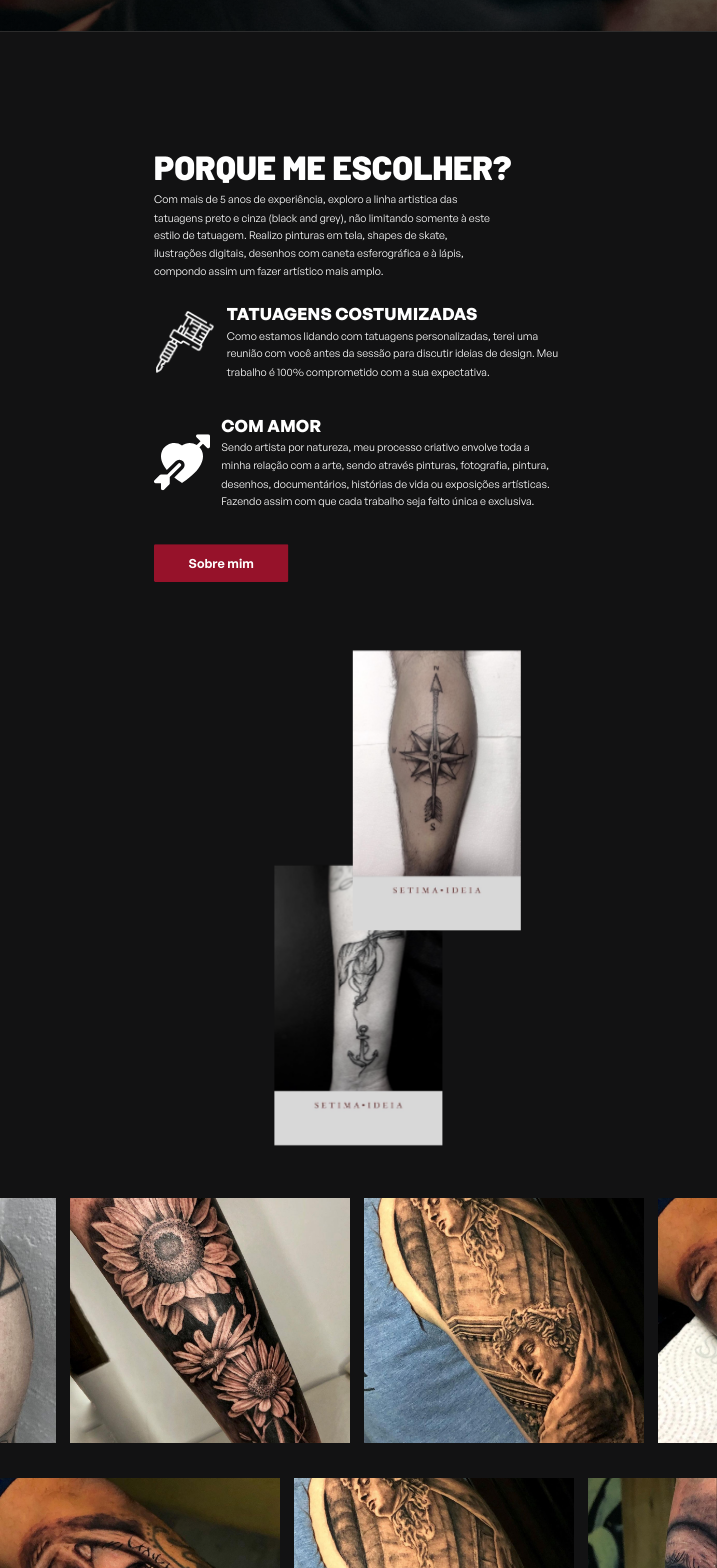
Repository: Leoka2000/S-tima-Ideia
Page: /
The author's editor kept a copy of each file at every save. The page is drawn from the files as they stood at one save, then again after the next save.
The browser window is 1024 px wide. The pictures show the part of the page from y = 809 to 3049 px (the page is 8930 px tall), at 70% of full size.
Backgrounds fixed to the window are drawn as part of the page. The project was rebuilt for these pictures with package versions that can differ from the ones it lists, and the page was loaded fresh each time. Some packages were replaced by stand-ins written for this rebuild. Also part of the build but not shown: src/pages/main/instagram/instagram.css, src/pages/main/instagram/instagram.jsx, src/App.css, src/pages/portfolio/portfolio.css, src/data/database-common.js, src/pages/portfolio/loop-content.jsx, src/pages/portfolio/portfolio.jsx, src/pages/portfolio/index.jsx and 2 more. Imported but missing from the stored project, and not drawn on this page: src/assets/videos/cauan-video.mp4.

Above is the page before, as saved 2023-05-22 21:10:21.

### public/index.html
<!DOCTYPE html>
<html lang="en">
  <head>
    <meta charset="utf-8" />
    <link rel="icon" href="%PUBLIC_URL%/logo.png" />
    <meta name="viewport" content="width=device-width, initial-scale=1" />
    <meta name="theme-color" content="#000000" />
    <meta
      name="description"
      content="Web site created using create-react-app"
    />
    <link rel="apple-touch-icon" href="%PUBLIC_URL%/logo192.png" />
    <!--
      manifest.json provides metadata used when your web app is installed on a
      user's mobile device or desktop. See https://developers.google.com/web/fundamentals/web-app-manifest/
    -->
    <link rel="manifest" href="%PUBLIC_URL%/manifest.json" />
    <!--
      Notice the use of %PUBLIC_URL% in the tags above.
      It will be replaced with the URL of the `public` folder during the build.
      Only files inside the `public` folder can be referenced from the HTML.

      Unlike "/favicon.ico" or "favicon.ico", "%PUBLIC_URL%/favicon.ico" will
      work correctly both with client-side routing and a non-root public URL.
      Learn how to configure a non-root public URL by running `npm run build`.
    -->
    <title>Setima Idea.ink</title>
  </head>
  <body>
    <noscript>You need to enable JavaScript to run this app.</noscript>
    <div id="root"></div>
    <!--
      This HTML file is a template.
      If you open it directly in the browser, you will see an empty page.

      You can add webfonts, meta tags, or analytics to this file.
      The build step will place the bundled scripts into the <body> tag.

      To begin the development, run `npm start` or `yarn start`.
      To create a production bundle, use `npm run build` or `yarn build`.
    -->
  </body>
</html>

### src/pages/main/index/index.jsx
import React from 'react'
import Hero from '../hero/hero'
import About from '../about/about'
import Carousel from '../carousel/carousel'
import HorizontalParallax2 from '../carousel/carousel2'
import LookPortfolio from '../olhe-portfolio'
import Video from '../video/video'
import Instagram from '../instagram/instagram'
import Form from '../contact/form'
import Contact from '../contact'
import Sobre from '../../sobre/about/about'

const index = () => {
  return (
    <>
      <Hero/>
      <About/>
      <Carousel/>
      <HorizontalParallax2/>
      <LookPortfolio/>
      <Video/>
      <Sobre/>
      {/* <Instagram/> */}
      <Contact/>
    </>
  )
}

export default index

### src/pages/sobre/about/about.jsx
import React from 'react'
import "./about.css"
import { BsFacebook } from 'react-icons/bs'
import { BsInstagram } from 'react-icons/bs'
import { AiOutlineMail } from 'react-icons/ai'
import cauan from '../../../assets/images/cauan.jpg'
import {Link} from 'react-scroll'

const Sobre = () => {
  return (
    <section id='about' className='sobre-section'>
      <main>
        <div className='sobre-left'>
          <h2>Tatuador na equipe Família Bagé.</h2>
          <h1>Cauan Rossoni Feversani</h1>
          <p>Magna nisl egestas amet netus lectus malesuada diam et ullamcorper et in urna maecenas praesent ut vitae tempus sollicitudin pharetra ipsum molestie urna scelerisque.</p>
          <div className='sobre-icons-wrapper'>
            <a target='_blank' href='https://www.instagram.com/setimaideia.ink'>
              <BsInstagram />
            </a>
            <a href='mailto:contato.cauanrf@gmail.com'>
              <AiOutlineMail />
            </a>
          </div>
          <div className='sobre-button-wrapper'>
          <Link style={{ textDecoration: 'none' }} spy={true} smooth={true} offset={100} duration={500} to='form' ><button className='solid'>Contato</button></Link>
            <a target='_blank' href='https://www.instagram.com/setimaideia.ink'><button className='transparent'>Veja o portfólio</button></a>
          </div>
        </div>
        <div className='sobre-right'>
          <img alt='cauan' src={cauan}/>
        </div>
      </main>
    </section>
  )
}

export default Sobre

### src/components/footer/footer.jsx
import { useEffect } from 'react'
import './footer.css'
import { BsFacebook } from 'react-icons/bs'
import { BsInstagram } from 'react-icons/bs'
import { AiOutlineMail } from 'react-icons/ai'
import machine from '../../assets/icons/tattoo-machine.png'
import bage from '../../assets/brand/bage.jpg'
import { useLocation } from 'react-router-dom'
import { Link } from 'react-scroll'

const Footer = () => {

    const location = useLocation();

    useEffect(() => {
        window.scrollTo(0, 0);
    }, [location.pathname]);


    return (
        <footer>
            <main>
                <div className='footer-left'>
                    <div className='footer-cauan'>
                        <img src={machine} />
                        <p>Cauan Rossoni</p>
                    </div>

                    <div className='footer-icons-wrapper'>
                        <a target='_blank' href='https://www.instagram.com/setimaideia.ink/'>< BsInstagram /></a>
                        <a target='_blank' href='mailto:contato.cauanrf@gmail.com'><AiOutlineMail /></a>
                    </div>
                </div>
                <div className='footer-middle'>
                    <h1>Páginas</h1>
                    <Link style={{ textDecoration: 'none' }} spy={true} smooth={true} offset={100} duration={500} to='inicio' >Início</Link>
                    <Link style={{ textDecoration: 'none' }} spy={true} smooth={true} offset={100} duration={500} to='portfolio' >Portfolio</Link>
                    <Link style={{ textDecoration: 'none' }} spy={true} smooth={true} offset={100} duration={500} to='about' >Sobre</Link>
                </div>
                <div className='footer-right'><a target='_blank' href='https://www.instagram.com/_familiabagetattoo_/'><img src={bage} /></a></div>
            </main>
            <div className='leo-tag'>
                <p>Desenvolvido por <a style={{textDecoration: 'none'}} href='https://www.linkedin.com/in/leoreus/'>Leo Reus Oliveira</a></p>
            </div>
        </footer>
    )
}

export default Footer

### src/pages/main/hero/hero.jsx
import React from 'react';
import { motion } from 'framer-motion';
import './hero.css';
import logo from '../../../assets/brand/logoCorrected.png';
import { Link } from 'react-scroll';

const Hero = () => {
  const text = "Olá, aqui é o Cauan, bem-vindo ao meu website!";

  const parentVariants = {
    animate: {
      transition: {
        staggerChildren: 0.05,
      },
    },
  };

  const childVariants = {
    initial: {
      y: 20,
      opacity: 0,
    },
    animate: {
      y: 0,
      opacity: 1,
    },
  };

  return (
    <section id='inicio' className="hero-section">
      <div className="hero-wrapper">
        <img src={logo} alt="logo" />
        <motion.h1 variants={parentVariants} initial="initial" animate="animate">
          {text.split("").map((letter, index) => (
            <motion.span key={index} variants={childVariants}>{letter}</motion.span>
          ))}
        </motion.h1>
        <h2>Clique no botão a baixo para saber mais.</h2>
        <div>
          <Link to='sobre' className="colored-hero" style={{textDecoration: 'none'}} spy={true} smooth={true} offset={100} duration={500}>Descubra mais</Link>
        </div>
      </div>
    </section>
  );
};

export default Hero;

### src/pages/main/carousel/carousel.jsx
import C1 from '../../../assets/carousel/c1.jpg'
import C2 from '../../../assets/carousel/c2.jpg'
import C3 from '../../../assets/carousel/c3.jpg'
import C4 from '../../../assets/carousel/c4.jpg'
import C5 from '../../../assets/carousel/c5.jpg'
import C6 from '../../../assets/carousel/c6.jpg'
import C7 from '../../../assets/carousel/c7.jpg'
import C8 from '../../../assets/carousel/c8.jpg'
import C9 from '../../../assets/carousel/c9.jpg'
import C10 from '../../../assets/carousel/c10.jpg'

import { motion, useTransform, useScroll, circOut } from "framer-motion";
import React from "react";
import './carousel.css'

const images = [
  C1,
  C5,
  C4,
  C7,
  C2,
  C6,
  C8,
  C9,
  C10,
];

const HorizontalParallax = () => {
  const { scrollYProgress } = useScroll();
  const x = useTransform(scrollYProgress,
     [0, 1],
      [0, -2000],
      { clamp: false, velocity: 0.1, ease: circOut });

  return (
    <div className="horizontal-parallax">
      <motion.div
        className="images-container"
        style={{ x }}
      >
        {images.map((image, index) => (
          <div key={index} className="image">
            <img src={image} alt={`Image ${index}`} />
          </div>
        ))}
      </motion.div>
    </div>
  );
};

export default HorizontalParallax;

### src/pages/main/carousel/carousel2.jsx
import { motion, useTransform, useScroll, circOut } from "framer-motion";
import React from "react";
import './carousel.css'
import C1 from '../../../assets/carousel/c10.jpg'
import C2 from '../../../assets/carousel/c9.jpg'
import C3 from '../../../assets/carousel/c8.jpg'
import C4 from '../../../assets/carousel/c7.jpg'
import C5 from '../../../assets/carousel/c6.jpg'
import C6 from '../../../assets/carousel/c5.jpg'
import C7 from '../../../assets/carousel/c4.jpg'
import C8 from '../../../assets/carousel/c3.jpg'
import C9 from '../../../assets/carousel/c2.jpg'
import C10 from '../../../assets/carousel/c1.jpg'

const images = [
  C2,
  C3,
  C4,
  C1,
  C5,
  C6,
  C7,
  C8,
  C9,
  C10,
];

const HorizontalParallax2 = () => {
  const { scrollYProgress } = useScroll();
  const x = useTransform(scrollYProgress, [1, 0], [0, -2000], {ease: circOut });

  return (
    <div className="horizontal-parallax">
      <motion.div
        className="images-container"
        style={{ x }}
      >
        {images.map((image, index) => (
          <div key={index} className="image">
            <img src={image} alt={`Image ${index}`} />
          </div>
        ))}
      </motion.div>
    </div>
  );
};

export default HorizontalParallax2;

### src/pages/main/olhe-portfolio/index.jsx
import React from 'react'
import './index.css'
import img from '../../../assets/images/lookportfolio-img.png'
import silhouete from '../../../assets/icons/about-tattoo-machine.png'
import clown from '../../../assets/icons/rose.png'
import { useInView } from 'react-intersection-observer';
import { motion } from 'framer-motion'
import { Link } from 'react-router-dom'

const LookPortfolio = () => {

  const [ref1, inView1] = useInView({
    threshold: 0.3,
    triggerOnce: true,
    delay: 0.7
  });

  const [ref2, inView2] = useInView({
    threshold: 0.3,
    triggerOnce: true,
    delay: 0.9
  });

  return (
    <section id='portfolio' className='look-portfolio-section'>
      <img alt='silhouete' className='silhouete' src={silhouete} />
      <img alt='silhouete' className='clown' src={clown} />
      <motion.div
        ref={ref1}
        initial={{ opacity: 0 }}
        animate={inView1 ? { opacity: 1 } : { opacity: 0 }}
        transition={{ duration: 1 }}
        className='look-portfolio-left'>
        <img src={img} />
      </motion.div>
      <motion.div
        ref={ref2}
        initial={{ opacity: 0 }}
        animate={inView2 ? { opacity: 1 } : { opacity: 0 }}
        transition={{ duration: 1 }}
        className='look-portfolio-right'>
        <h1>Confira o meu portfólio!</h1>
        <p>Clique no link a baixo para acessar o meu portfólio no Instagram. Lá, você pode encontrar uma exposição dos meus trabalhos atualizados.</p>
        <a
         style={{textDecoration:'none'}} target='_blank' href='https://www.instagram.com/setimaideia.ink/'>Saiba mais</a>
      </motion.div>

    </section>
  )
}

export default LookPortfolio

### src/pages/main/video/video.jsx
import React, { useState } from 'react';
import './video.css';
import cauan from '../../../assets/videos/cauan-video.mp4'
import thumb from '../../../assets/images/Thumbnail.jpg'
import { FaPlay, FaTimes } from "react-icons/fa";

function Video() {
    const [showVideo, setShowVideo] = useState(false);

    function handlePlayClick() {
        setShowVideo(true);
        document.body.style.overflow = 'hidden';
    }

    function handleCloseClick() {
        setShowVideo(false);
        document.body.style.overflow = 'visible';
    }

    return (
        <section className="video-thumbnail">
            <div className='overlay-effect'>
                <div
                    className="thumbnail-image"

                >
                    <button
                        className="play-button"
                        onClick={handlePlayClick}
                    >
                        <FaPlay className="play-icon" />
                    </button>
                </div>
                {showVideo && (
                    <div className="video-overlay">
                        <button className="close-button" onClick={handleCloseClick}>
                            <FaTimes className="close-icon" />
                        </button>
                        <div className="video-wrapper">
                            <video src={cauan} controls autoPlay />
                        </div>
                    </div>
                )}
            </div>
        </section>
    );
}

export default Video

### src/pages/main/contact/index.jsx
import React from 'react'
import Form from './form'
import './form.css'
import { useInView } from 'react-intersection-observer';
import { motion } from 'framer-motion'
import { AiFillMessage } from 'react-icons/ai'
import { AiOutlineFieldTime } from 'react-icons/ai'
import { BsCashStack } from 'react-icons/bs'
import { MdFastfood} from 'react-icons/md'
import {BsCapsulePill} from 'react-icons/bs'

const Index = () => {

  const [ref1, inView1] = useInView({
    threshold: 0.7,
    triggerOnce: true,
    delay: 0.9
  });

  return (
    <section className='form-section-parent'>

      <motion.header
        ref={ref1}
        initial={{ opacity: 0 }}
        animate={inView1 ? { opacity: 1 } : { opacity: 0 }}
        transition={{ duration: 1 }}
        className='form-header'>
        <h1>INFORMAÇÕES IMPORTANTES!</h1>
        <p>Este site tem a intenção de fazer com que você me conheça melhor. Se você deseja marcar uma tatuagem comigo, leia as informações abaixos.</p>
        <div className='row-wrapper'>
          <div>
            <span><AiFillMessage /></span>
            <p>Envie-me uma mensagem no Instagram e uma foto de referência ou mencione a ID de um dos meus trabalhos presentes na seção de portfólio deste site.</p>
          </div>
          <div>
            <span><BsCashStack /></span>
            <p>Para agendar uma tatuagem comigo, você precisará pagar um depósito, e esse valor será destinado para o custo total do trabalho.</p>
          </div>
          <div>
            <span><AiOutlineFieldTime /></span>
            <p>Será necessário 48 horas de antecedência para cancelar ou reagendar uma sessão. Se você não conseguir fazer isso, precisará marcar outro agendamento e pagar um depósito extra.</p>
          </div>
          <div>
            <span><MdFastfood /></span>
            <p>Certifique-se de comer, se hidratar e descansar antes de realizer sua tatuagem.</p>
          </div>
          <div>
            <span><BsCapsulePill/></span>
            <p>Não venha de ressaca ou sob o efeito de drogas.</p>
          </div>

        </div>

      </motion.header>
      <Form />
    </section >
  )
}

export default Index

### src/pages/main/about/about.css
.about-section {
    padding: 10rem 0 15rem 0rem;
    display: flex;
    justify-content: center;
    gap:5rem;
}
.about-left {
    display: flex;
    flex-direction: column;


}
.about-left > div {
    display: flex;
    align-items: center;
    gap: 1rem;
    margin-bottom: 1rem;
    margin-top: 2rem;
}
.about-left > div > div {
    display: flex;
    flex-direction: column;
}
.about-left > div > div > h1 {
    font-size: 1.5rem;
    font-weight: 900;
}
.about-left > div > div > p {
    max-width: 30rem;
    font-size: 0.95rem;
    line-height: 1.6rem;
    margin-top: 0.3rem;
}
.about-left > h1 {
    font-family: Barlow, sans-serif;
    font-size: 3rem;
   margin-bottom: 0.2rem;
   line-height: 4rem;
    font-weight: 900;
}
.about-left > h2 {
    max-width: 30rem;
    font-size: 0.95rem;
    line-height: 1.6rem;
}
.about-left > div > img {
    width: 5.5rem;
}
.about-left > div > span {
    font-size: 5rem;
}

.about-right {
    position: relative;
    display: flex;
    width: 25rem;
-webkit-box-orient: vertical;
-webkit-box-direction: normal;
-webkit-flex-direction: column;
-ms-flex-direction: column;
flex-direction: column;


}

.thumbnail-about {
    position: absolute;
    width: 22rem;
    height: 35rem;
  }



  #bottom-img {
    top: 3rem;
    left: 10rem;
    z-index: 5;
    position: absolute;
  }




  .parallax-layer {
    position: absolute;
    width: 100%;
    height: 100%;
    top: 0;
    left: 0;
    background-size: cover;
    background-position: center;
    z-index: -1;
  }


  .parallax-layer-2 {
    position: absolute;

 width: 25rem;
    top: 15rem;
    z-index: 4;
       background-image: url("../../../assets/images/about-img2.jpg");
  }

  .parallax-layer-1 {
    background-image: url("../../../assets/images/about-img.jpg");
    z-index: 5;
    position: absolute;
  top: -10rem;

  left: 7rem;
 width: 25rem;
  }
  .about-left > a > button{
    padding: 1rem;
   margin-top: 2rem;
    cursor: pointer;
-webkit-box-pack: center;
-webkit-justify-content: center;
-ms-flex-pack: center;
justify-content: center;
border: 1px solid transparent;
border-radius: 2px;
background-color: #96122a;
-webkit-transition: box-shadow 300ms ease, -webkit-transform 300ms ease;
transition: box-shadow 300ms ease, -webkit-transform 300ms ease;
transition: box-shadow 300ms ease, transform 300ms ease;
transition: box-shadow 300ms ease, transform 300ms ease, -webkit-transform 300ms ease;
font-family: 'General Sans', sans-serif;
color: #fff;
line-height: 1.111em;
font-weight: 500;
width: 12rem;
text-align: center;
text-decoration: none;
text-transform: none;
-webkit-transform-style: preserve-3d;
transform-style: preserve-3d;
}

.about-left > a > button:hover {
    box-shadow: 0 10px 20px 0 rgba(248, 19, 60, 0.2);
-webkit-transform: translate3d(0px, -3px, 0.01px);
transform: translate3d(0px, -3px, 0.01px);
color: #fff;

}

@media screen and (max-width: 1306px) {
    .about-right, .parallax-layer, .parallax-layer-1, .parallax-layer-2 {
        display: none;
    }
}

@media screen and (max-width: 1100px) {
    .about-right, .parallax-layer, .parallax-layer-1, .parallax-layer-2 {
        display: flex;
    }
    .about-section {
        padding: 10rem 0 50rem 0;
        display: flex;
        justify-content: center;
        flex-direction: column;
        gap:5rem;
        align-items: center;
    }



    .parallax-layer-2 {
        position: absolute;
      left: 5rem;
     width: 15rem;
        top: 20rem;
        height: 25rem;
        z-index: 4;
           background-image: url("../../../assets/images/about-img2.jpg");
      }

      .parallax-layer-1 {
        background-image: url("../../../assets/images/about-img.jpg");
        z-index: 5;
        position: absolute;
      top:2rem;
      height: 25rem;
      left: 12rem;
      width: 15rem;
      }
}
@media screen and (max-width: 640px) {
    .about-section {
        padding: 10rem 0 50rem 0;
        display: flex;
        justify-content: center;
        flex-direction: column;
        gap:5rem;
        align-items: center;
    }
    .about-right {
        width: 20rem;
    }
    .about-left > div {
        flex-direction: column;

    }
    .about-left > h1 {
        font-family: Barlow, sans-serif;
        font-size: 2.4rem;
       margin-bottom: 0.5rem;
       line-height: 2.5rem;

    }
    .about-left > h2 {
        font-size: 1rem;
        line-height: 1.65rem;
        margin-bottom: 1rem;
    }
    .about-left {
        text-align: center;
        align-items: center;
        margin-right: 1rem;
        margin-left: 1rem;
    }
    .about-left > div > div > h1 {
        font-size: 1.3rem;
        font-weight: 900;
    }
    .about-left > div > div  {
        display: flex;
        align-items: center;
        justify-content: center;
    }
    .about-left > div > div > p {
        font-size: 1rem;
        line-height: 1.65rem;
      width: 18rem;
      margin-bottom: 1rem;
    }
    .about-left > a{
        width: 100%;
}
.about-left > a > button {
    width: 90%;
}
.parallax-layer-2 {
    position: absolute;
  left: 3rem;
 width: 13rem;
    top: 27rem;
    height: 17rem;
    z-index: 4;
       background-image: url("../../../assets/images/about-img2.jpg");
  }

  .parallax-layer-1 {
    background-image: url("../../../assets/images/about-img.jpg");
    z-index: 5;
    position: absolute;
  top:-4rem;
  height: 17rem;
  left: 6rem;
  width: 13rem;
  }

}

### src/pages/main/carousel/carousel.css
.horizontal-parallax {
  position: relative;
  width: 100%;
  height: 400px;
  overflow-x: hidden;
}

.images-container {
  position: absolute;
  top: 0;
  left: 0;
  height: 100%;
  white-space: nowrap;
}

.image {
  display: inline-block;
  width: 400px;
  height: 350px;
  margin-right: 20px;
  overflow: hidden;
}

.image img {
  width: 100%;
  height: 100%;
  object-fit: cover;
}

@media screen and (max-width: 650px) {
  .image {
    display: inline-block;
    width: 210px;
    height: 245px;
    margin-right: 20px;
    overflow: hidden;
  }
  .horizontal-parallax {
    position: relative;
    width: 100%;
    height: 350px;
    overflow-x: hidden;
  }

}

Loaded but not shown: src/index.js (36 lines, source omitted); src/routes.js (29 lines, source omitted); src/pages/main/contact/form.css (328 lines, source omitted); src/pages/sobre/about/about.css (260 lines, source omitted); src/components/navbar/navbar.css (277 lines, source omitted); src/pages/main/contact/form.jsx (95 lines, source omitted); src/pages/main/hero/hero.css (175 lines, source omitted); src/index.css (112 lines, source omitted); src/pages/main/olhe-portfolio/index.css (156 lines, source omitted); src/pages/main/about/about.jsx (76 lines, source omitted); src/components/navbar/navbar.jsx (80 lines, source omitted); src/components/footer/footer.css (122 lines, source omitted); src/pages/main/video/video.css (140 lines, source omitted)

After the next save:
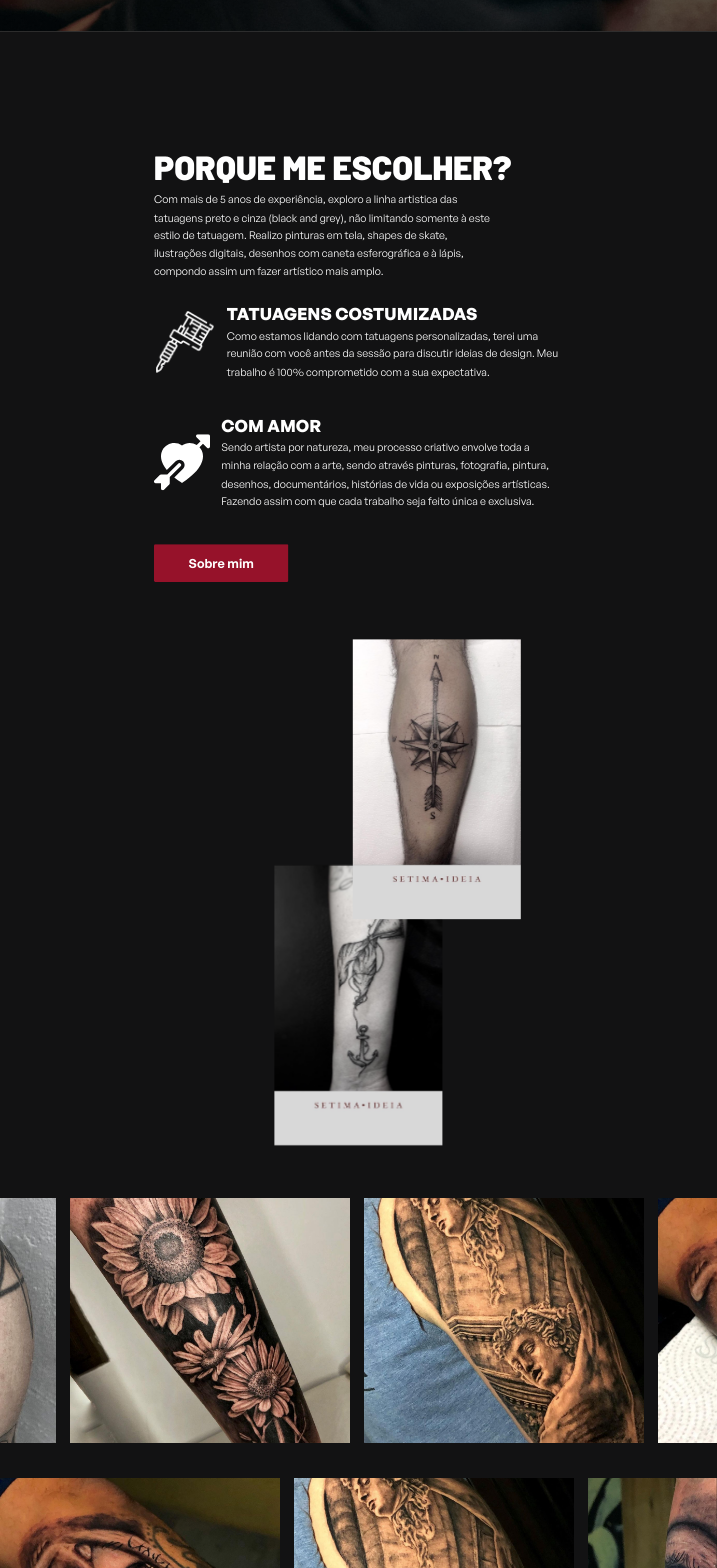
Saved 5 s later.
--- a/src/pages/main/about/about.css
+++ b/src/pages/main/about/about.css
@@ -181,7 +181,7 @@ color: #fff;
         background-image: url("../../../assets/images/about-img.jpg");
         z-index: 5;
         position: absolute;
-      top:2rem;
+      top:1rem;
       height: 25rem;
       left: 12rem;
       width: 15rem;
